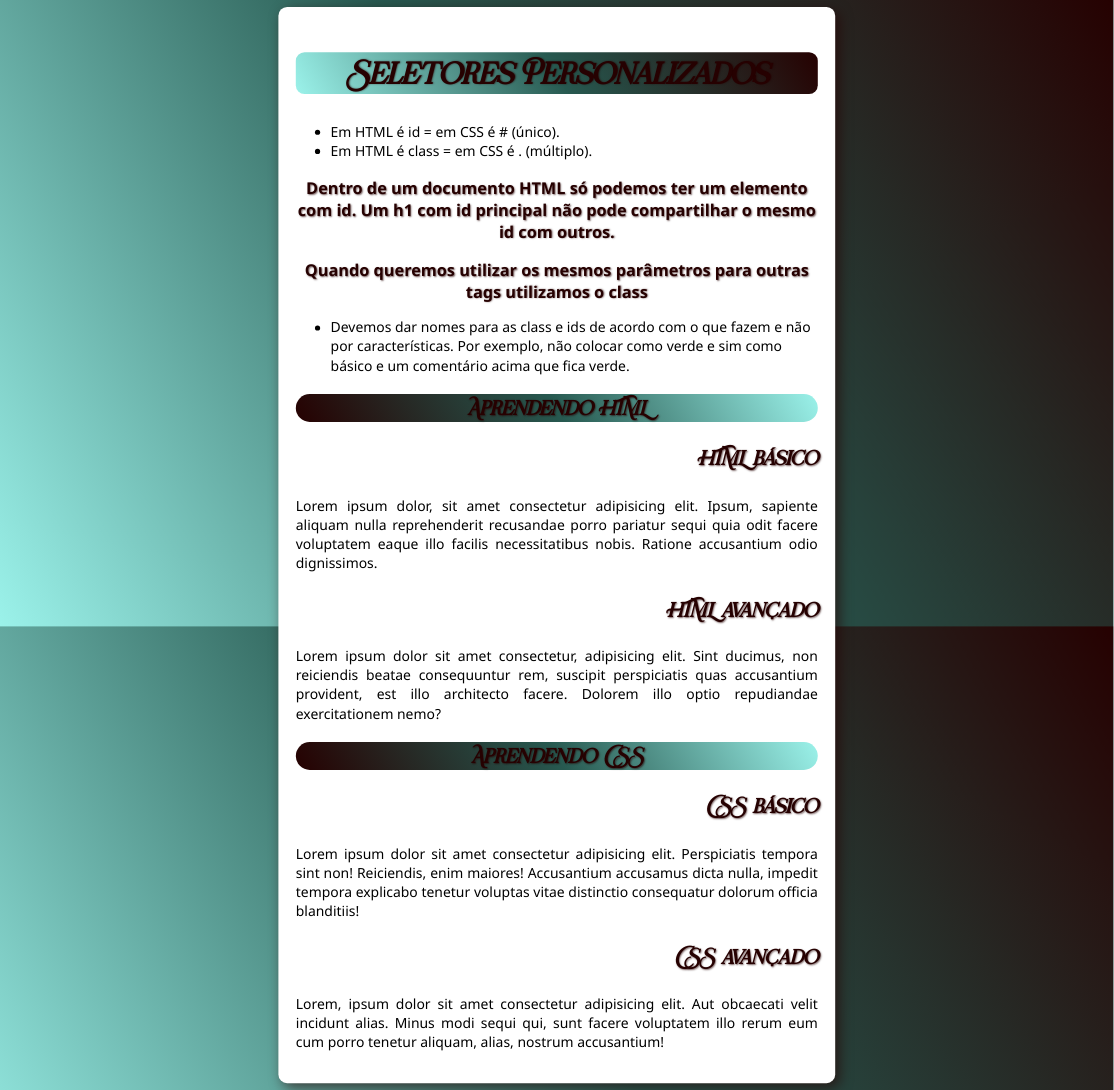
Repository: Willcmorais/vscode-workspace
Page: html-css/curso-em-video/modulo02/estudos/ex024-seletores-personaliz/index.html
The author's editor kept a copy of each file at every save. The page is drawn from the files as they stood at one save, then again after the next save.
The browser window is 1280 px wide. The pictures show the whole page, at 87% of full size.
Backgrounds fixed to the window are drawn as part of the page.

Above is the page before, as saved 2024-09-23 10:12:32.

After the next save:
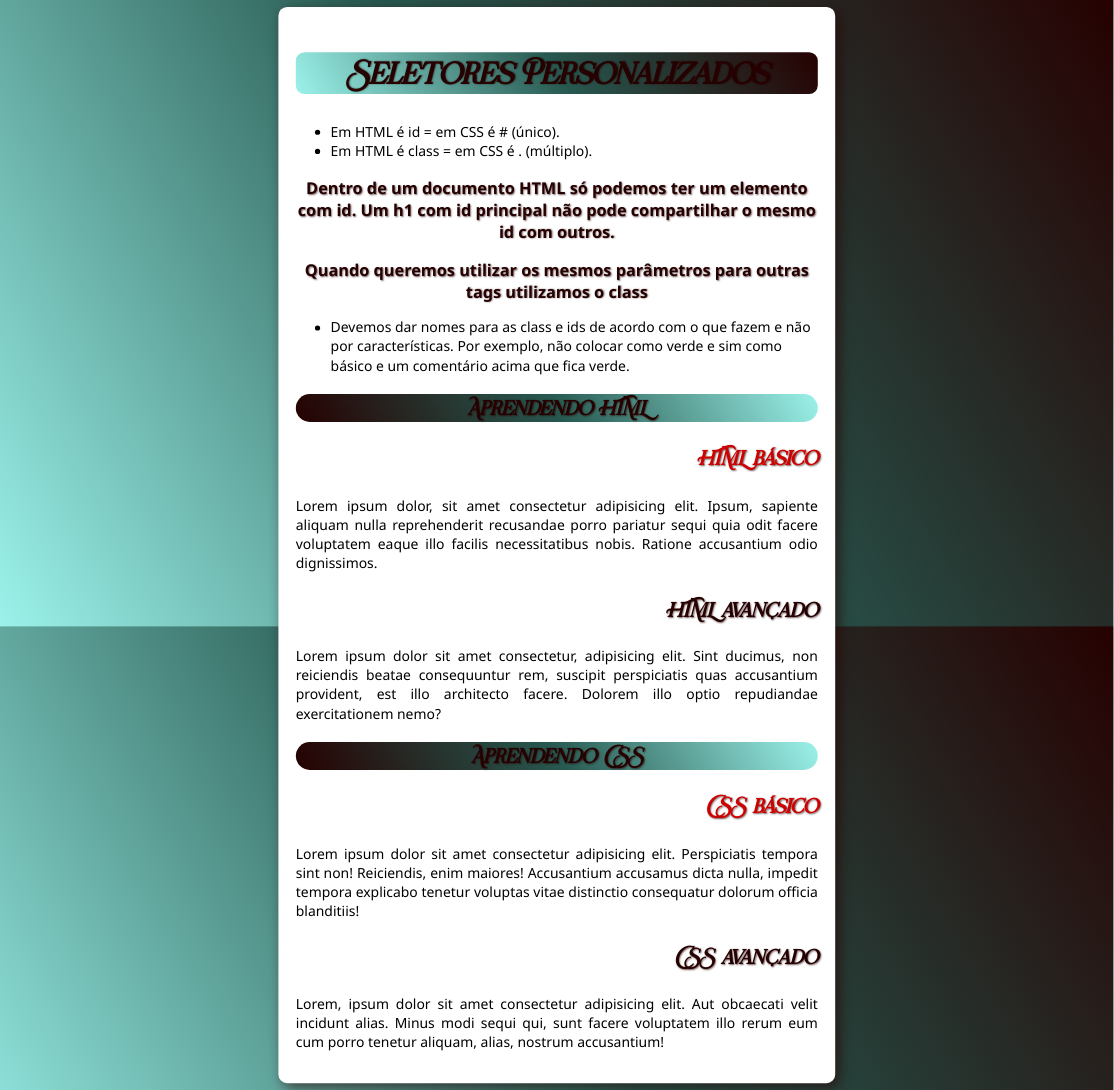
Saved 5 s later.
--- a/html-css/curso-em-video/modulo02/estudos/ex024-seletores-personaliz/style.css
+++ b/html-css/curso-em-video/modulo02/estudos/ex024-seletores-personaliz/style.css
@@ -54,7 +54,7 @@ h1#principal {
 .basico {
     font: italic bold 2em 'Rusilla';
     text-align: right;
-    color: #260101;
+    color: #ce0101;
     border-radius: 30px;
     /*mesmos parametros para o box-shadow*/
     text-shadow: 1px 1px 2px rgba(38, 1, 1, 0.615);
